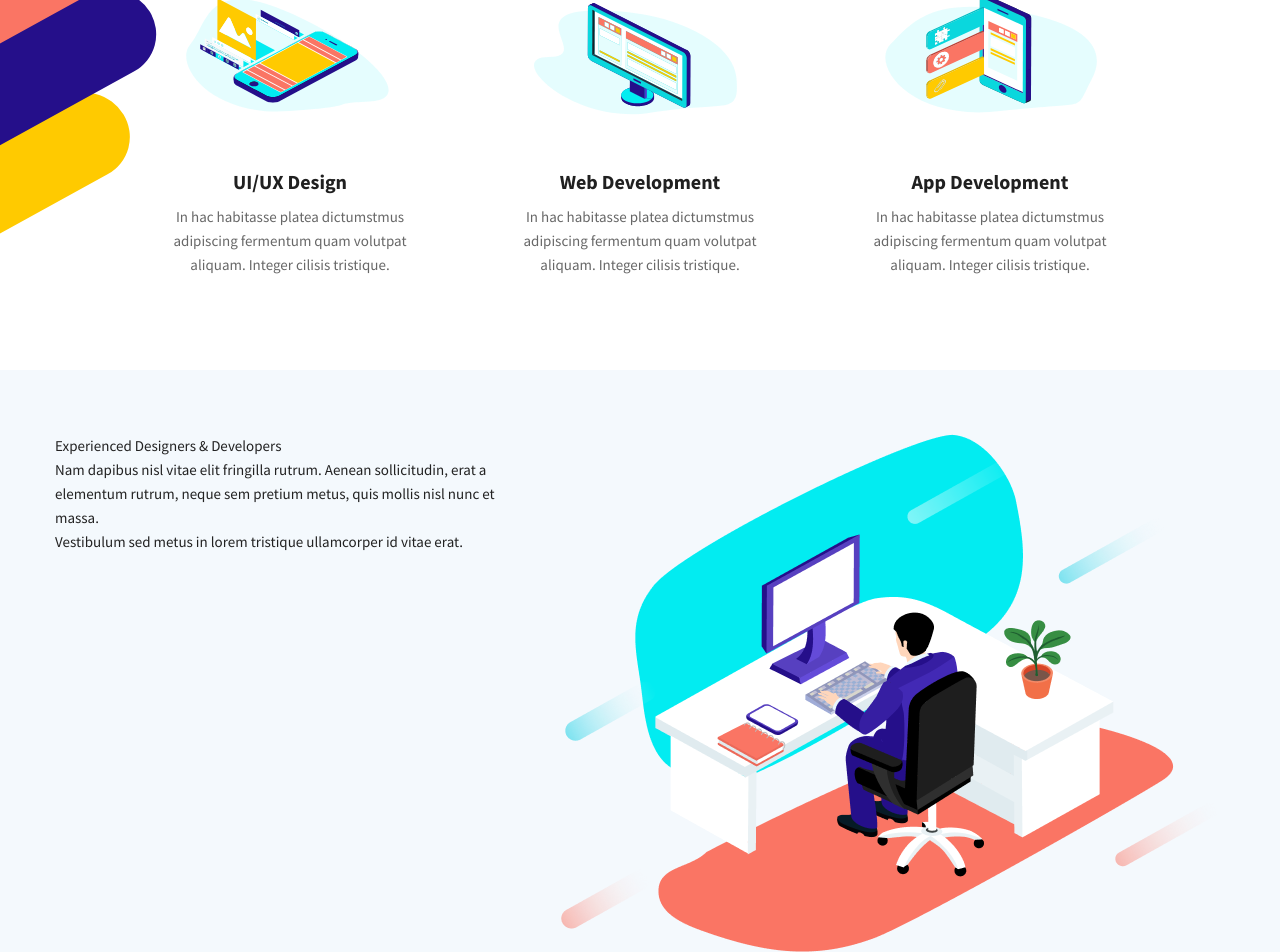
Repository: advert31337/marafon_from0to1_MartaUP
Page: index.html
An editor plug-in stored every save of this project. The page is shown before and after the next save, followed by the edit.
The browser window is 1280 px wide. The pictures show the part of the page from y = 1001 to 1953 px (the page is 1953 px tall).

Above is the page before, as saved 2020-03-08 10:09:26.

### index.html
<!DOCTYPE html>
<html lang="en">

<head>
    <meta charset="UTF-8">
    <meta name="viewport" content="width=device-width, initial-scale=1.0">
    <title>Marafon MartaUP</title>
    <link href="https://fonts.googleapis.com/css?family=Source+Sans+Pro:400,600,700&display=swap" rel="stylesheet">
    <link rel="stylesheet" href="css/reset.css">
    <link rel="stylesheet" href="css/slick.css">
    <link rel="stylesheet" href="css/style.css">
</head>

<body>
    <header class="header">

        <div class="container">
            <div class="header__top">

                <div class="logo">
                    <a href="#!">+
                        <img src="images/logo.svg" alt="">
                    </a>
                </div>

                <nav class="menu">
                    <ul class="menu__list">
                        <li><a class="menu__list-item" href="#">home</a></li>
                        <li><a class="menu__list-item" href="#">work</a></li>
                        <li><a class="menu__list-item" href="#">about</a></li>
                        <li><a class="menu__list-item" href="#">contact</a></li>
                    </ul>
                </nav>

                <div class="header-btn">
                    <a class="login" href="#">login</a>
                    <a class="sign-up" href="#">sign up</a>
                </div>

            </div>

            <div class="header-slider">
                <div class="header-slider__item">
                    <div class="header-slider__item-content">

                        <div class="header-slider__item-info">
                            <h3 class="header-slider__title">
                                We Build Apps & Websites
                                for Your Business
                            </h3>
                            <div class="header-slider__description">
                                For startups, For businesses & For you
                            </div>
                            <a href="" class="header-slider__btn">Request a quote</a>
                        </div>

                        <div class="header-slider__item-images">
                            <img src="images/slider-img.png" alt="">
                        </div>
                    </div>
                </div>


                <div class="header-slider__item">
                    <div class="header-slider__item-content">

                        <div class="header-slider__item-info">
                            <h3 class="header-slider__title">
                                We Build Apps & Websites
                                for Your Business
                            </h3>
                            <div class="header-slider__description">
                                For startups, For businesses & For you
                            </div>
                            <a href="" class="header-slider__btn">Request a quote</a>
                        </div>

                        <div class="header-slider__item-images">
                            <img src="images/slider-img.png" alt="">
                        </div>
                    </div>
                </div>


                <div class="header-slider__item">
                    <div class="header-slider__item-content">

                        <div class="header-slider__item-info">
                            <h3 class="header-slider__title">
                                We Build Apps & Websites
                                for Your Business
                            </h3>
                            <div class="header-slider__description">
                                For startups, For businesses & For you
                            </div>
                            <a href="" class="header-slider__btn">Request a quote</a>
                        </div>

                        <div class="header-slider__item-images">
                            <img src="images/slider-img.png" alt="">
                        </div>
                    </div>
                </div>


                <div class="header-slider__item">
                    <div class="header-slider__item-content">

                        <div class="header-slider__item-info">
                            <h3 class="header-slider__title">
                                We Build Apps & Websites
                                for Your Business
                            </h3>
                            <div class="header-slider__description">
                                For startups, For businesses & For you
                            </div>
                            <a href="" class="header-slider__btn">Request a quote</a>
                        </div>

                        <div class="header-slider__item-images">
                            <img src="images/slider-img.png" alt="">
                        </div>
                    </div>
                </div>


                <div class="header-slider__item">
                    <div class="header-slider__item-content">

                        <div class="header-slider__item-info">
                            <h3 class="header-slider__title">
                                We Build Apps & Websites
                                for Your Business
                            </h3>
                            <div class="header-slider__description">
                                For startups, For businesses & For you
                            </div>
                            <a href="" class="header-slider__btn">Request a quote</a>
                        </div>

                        <div class="header-slider__item-images">
                            <img src="images/slider-img.png" alt="">
                        </div>
                    </div>
                </div>
            </div>

        </div>

    </header>

    <section class="specialised">
        <div class="container">
            <div class="specialised__title title">
                We are specialised in
            </div>
            <div class="specialised__items">
                <div class="specialised__item">
                    <div class="specialised__item-img">
                        <img src="images/specialise-1.svg" alt="">
                    </div>

                    <div class="specialise__item-title">
                        UI/UX Design
                    </div>
                    <div class="specialise__item-text">
                        In hac habitasse platea dictumstmus adipiscing fermentum quam volutpat aliquam. Integer cilisis tristique.
                    </div>
                </div>
                <div class="specialised__item">
                    <div class="specialised__item-img">
                        <img src="images/specialise-2.svg" alt="">
                    </div>
                    <div class="specialise__item-title">
                        Web Development
                    </div>
                    <div class="specialise__item-text">
                        In hac habitasse platea dictumstmus adipiscing fermentum quam volutpat aliquam. Integer cilisis tristique.
                    </div>
                </div>
                <div class="specialised__item">
                    <div class="specialised__item-img">
                        <img src="images/specialise-3.svg" alt="">
                    </div>
                    <div class="specialise__item-title">
                        App Development
                    </div>
                    <div class="specialise__item-text">
                        In hac habitasse platea dictumstmus adipiscing fermentum quam volutpat aliquam. Integer cilisis tristique.
                    </div>
                </div>
            </div>
        </div>
    </section>

    <section class="advantages">
        <div class="container">
            <div class="advantages-box">
                <div class="advantages-box__info">
                    <div class="advantages-box__title">
                        Experienced Designers & Developers
                    </div>
                    <div class="advantages-box__text">
                        <p>
                            Nam dapibus nisl vitae elit fringilla rutrum. Aenean sollicitudin, erat a elementum rutrum, neque sem pretium metus, quis mollis nisl nunc et massa.
                        </p>
                        <p>
                            Vestibulum sed metus in lorem tristique ullamcorper id vitae erat.
                        </p>
                    </div>
                </div>

                <div class="advantages-box__img">
                    <img src="images/advantages-1.png" alt="">
                </div>
            </div>
        </div>
    </section>

    <footer>

    </footer>


    <script src="https://ajax.googleapis.com/ajax/libs/jquery/3.4.1/jquery.min.js"></script>
    <script src="js/slick.min.js"></script>
    <script src="js/main.js"></script>
</body>

</html>

### css/style.css
*{
    box-sizing: border-box;
}

body {
    font-family: 'Source Sans Pro', sans-serif;
    font-size: 15px;
    line-height: 24px;
}

a {
    text-decoration: none;
    color: inherit;
}
.header {
    background-image: url('../images/header-bg.jpg');
    min-height: 793px;
    background-repeat: no-repeat;
    background-size: cover;
    background-position: top center;
}

.container {
    max-width: 1200px;
    margin: 0 auto;
    padding: 0 15px 0 15px;

}

.header__top {
    display: flex;
    justify-content: space-between;
    height: 100px;
    align-items: center;
}

.menu__list {
    display: flex;
}

.menu__list li + li {
    padding-left: 50px;

}

.login {
    margin-right: 44px;
    color: #fff;
    text-transform: uppercase;
    font-weight: 600;
}

.menu__list a{
    opacity: 0.5;
    color: #fff;
    font-weight: 600;
    text-transform: uppercase;
    transition: all 0.5s;
}

.menu__list a:hover {
    opacity: 1;
}

.sign-up {
    text-transform: uppercase;
    color: #250f8a;
    font-weight: 600;
    background-color: #fff;
    padding: 8px 43px;
    border-radius: 20px;

}

.header-slider {
    padding-top: 111px;
}
.header-slider__item {

}
.header-slider__item-content {
    display: flex;
    justify-content: space-between;
}
.header-slider__item-info {
    max-width: 506px;
    color:#fff;
}
.header-slider__title {
    font-weight: 700;
    font-size: 45px;
    line-height: 60px;
    margin-bottom: 10px;
}
.header-slider__description {
    line-height: 55px;
    font-size: 24px;
    margin-bottom: 60px;
}
.header-slider__btn {
    font-weight: 600;
    text-transform: uppercase;
    color: #250F8A;
    padding: 13px 39px;
    background-color: #FFCA00;
    border-radius: 25px;
}
.header-slider__item-images {
    margin: 10px 82px 0 0;
}

.header-dots{
    list-style: none;
    position: absolute;
    right: 0;
    top: 50%;
}

.header-dots button {
    border: none;
    background-color: #fff;
    opacity: 0.5;
    font-size: 0;
    padding: 0;
    width: 7px;
    height: 7px;
    border-radius: 3.5px;
    cursor: pointer;
    outline: none;
    margin: 10px auto;
    display: block;
}

.header-dots .slick-active button{
    width: 15px;
    opacity: 1;
}

.specialised{
    padding: 55px 0 93px;
    background-image: url(../images/special-bg.svg);
    background-position: left bottom;
    background-repeat: no-repeat;
    color: #202020;
    text-align: center;
}

.specialised__title {
    margin-bottom: 96px;
}
.title {
    font-size: 35px;
    line-height: 45px;
    font-weight: 700;
    text-align: center;
}

.specialised__items {
    display: flex;
    justify-content: space-between;
    max-width: 980px;
    margin: 0 auto;

}
.specialised__item {
    width: 280px;
}
.specialised__item-img {
    margin-bottom: 23px;
    min-height: 159px;
}
.specialise__item-title {
    margin-bottom: 11px;
    font-size: 20px;
    font-weight: 700;
}
.specialise__item-text {
   padding: 0 10px;
   color: #272727;
   opacity: 0.7;
}


.advantages {
    padding-top: 64px;
    background: #f4f9fd;
}

.advantages-box {
    display: flex;
    justify-content: space-between;
}
.advantages-box__info {
    max-width: 455px;
}
.advantages-box__title {
}
.advantages-box__text {
}
.advantages-box__img {
}

### js/main.js
$(function(){
    $('.header-slider').slick({
        arrows: false,
        vertical: true,
        dots: true,
        dotsClass: 'header-dots',
        autoplay: 2000,

    })
})

Loaded but not shown: css/reset.css (common file); css/slick.css (common file); js/slick.min.js (library)

After the next save:
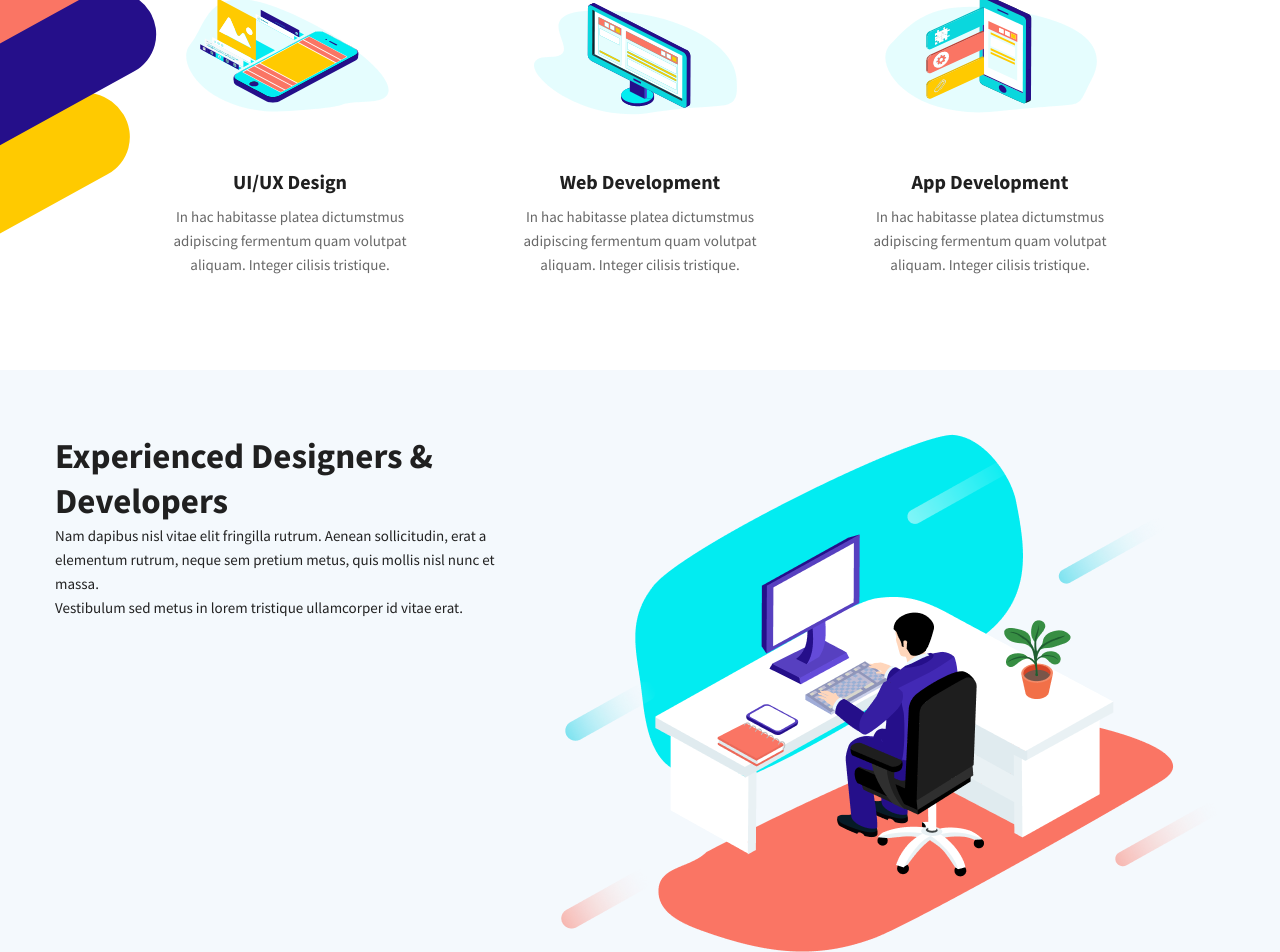
Saved 111 s later.
--- a/css/style.css
+++ b/css/style.css
@@ -194,6 +194,10 @@ a {
     max-width: 455px;
 }
 .advantages-box__title {
+    color: #202020;
+    font-size: 35px;
+    line-height: 45px;
+    font-weight: 700;
 }
 .advantages-box__text {
 }
